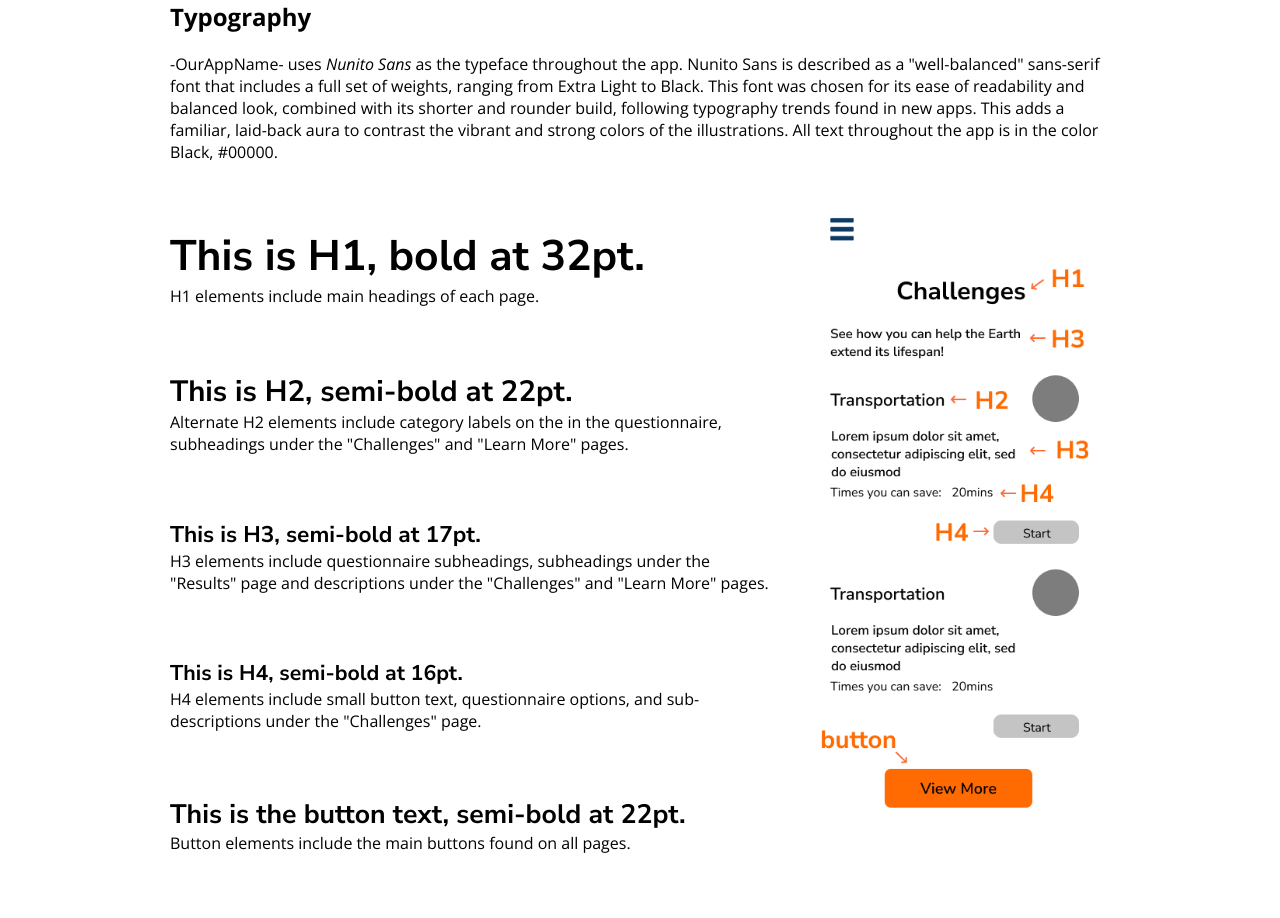
Repository: seohyun9672/Timearth-A6Styleguide
Page: page2.html
These files come from the project's save history. The page is drawn as it stood at one moment and after the next save; the edit follows.
The browser window is 1280 px wide. The pictures show the part of the page from y = 1338 to 2256 px (the page is 2256 px tall).
A picture or video elsewhere on the page could not be fetched, so the positions and the page height are approximate.

Above is the page before, as saved 2022-03-21 11:49:05.

### page2.html
<!DOCTYPE html>
<html lang="en">
  <head>
    <meta charset="UTF-8" />
    <meta http-equiv="X-UA-Compatible" content="IE=edge" />
    <meta name="viewport" content="width=device-width, initial-scale=1.0" />
    <title>Document</title>
    <link rel="stylesheet" href="stylesheet.css" />
  </head>

  <body>
    <ul class="navbar">
      <li><a href="/page1.html">App Name</a></li>
      <div class="navbar-active">
        <li><a href="/page1.html">Logo</a></li>
        <li><a href="/page2.html">Colour & Typography</a></li>
        <li><a href="/page3.html">Imagery & Graphics</a></li>
        <li><a href="/ref.html">Reference</a></li>
      </div>
    </ul>
    <section class="color-palette page2">
      <h1>Color Palette</h1>
      <img class="palette" src="/img/colourpalette/palette.png" />
      <div>
        <h2>Description of color palette</h2>
        <p>
          -OurAppName-'s color palette consists of muted tones of orange (#FF9042) and blue (#6B97ED), accompanied by white and black. The orange provides a sense of urgency and enthusiasm, and the blue provides a sense of stability and confidence. Overall, this color combination provides a reliable and attention-getting environment for the app.
        </p>
      </div>
      <div></div>
      <h2>Backgrounds and Other Colored Elements</h2>
      <div class="col-3 imgs">
        <div class="col">
          <img src="/img/colourpalette/background.png" />
        </div>
        <div class="col">
          <img src="/img/colourpalette/background2.png" />
        </div>
        <div class="col col-special">
          <p>
            This app maintains a minimal look with a white background and a generous amount of whitespace. Princeton Orange and Cornflower Blue are used as ornamental background elements, as shown on the left, or as button colors. <br> <br>
            Text throughout the app is in the color Black (#000000), and button text is White (#ffffff) for colored buttons.
          </p>
        </div>
      </div>
    </section>
    <section class="typo page2">
      <h1>Typography</h1>
      <p class="nunito-capt">
        -OurAppName- uses <em>Nunito Sans</em> as the typeface throughout the
        app. Nunito Sans is described as a "well-balanced" sans-serif font that
        includes a full set of weights, ranging from Extra Light to Black. This font was chosen for its ease of readability and balanced look, combined with its shorter and rounder build, following typography trends found in new apps. This adds a familiar, laid-back aura to contrast the vibrant and strong colors of the illustrations. All
        text throughout the app is in the color Black, #00000.
      </p>
      <div class="col-2-font">
        <div class="col nunito example">
          <div class="n nh1">This is H1, bold at 32pt.</div>
          <p class="desc">H1 elements include main headings of each page.</p>
          <div class="n nh2">This is H2, semi-bold at 22pt.</div>
          <p class="desc">
            Alternate H2 elements include category labels on the in the
            questionnaire, subheadings under the "Challenges" and "Learn More"
            pages.
          </p>
          <div class="n nh3">This is H3, semi-bold at 17pt.</div>
          <p class="desc">
            H3 elements include questionnaire subheadings, subheadings under the
            "Results" page and descriptions under the "Challenges" and "Learn
            More" pages.
          </p>
          <div class="n nh4">This is H4, semi-bold at 16pt.</div>
          <p class="desc">
            H4 elements include small button text, questionnaire options, and
            sub-descriptions under the "Challenges" page.
          </p>
          <div class="n nbtn">This is the button text, semi-bold at 22pt.</div>
          <p class="desc">
            Button elements include the main buttons found on all pages.
          </p>
        </div>
        <div class="col">
          <img
            class="challenges"
            src="/img/challenges.png"
            alt="challenges page"
          />
        </div>
      </div>
    </section>
  </body>
</html>

### stylesheet.css
/* import fonts */
@import url('https://fonts.googleapis.com/css2?family=Nunito+Sans:ital,wght@0,200;0,300;0,400;0,600;0,700;0,800;0,900;1,200;1,300;1,400;1,600;1,700;1,800;1,900&family=Open+Sans:ital,wght@0,300;0,400;0,500;0,600;0,700;0,800;1,300;1,400;1,500;1,600;1,700;1,800&display=swap');

body{
    margin: 0;
    font-family: 'open sans', san-serif;
  }

/* NAVBAR */

ul {
  list-style-type: none;
  margin: 0;
  padding: 0;
  overflow: hidden;
  background-color: #333;
}

li {
  float: left;
}

li a {
  display: block;
  color: white;
  text-align: center;
  padding: 14px 16px;
  text-decoration: none;
}

li a:hover {
  background-color: #111;
}

.navbar-active {
  float: right;
}

/* LOGO */
.section-logo {
  display: flex;
  flex-direction: column;
  justify-content: flex-start;
  align-items: center;
}
.section-cont {
  width: 940px;
}

.desc-cont {
  display: flex;
}

.logo-colour {
  display: flex;
  justify-content: space-evenly;
}

.logo-colourpalette {
  display: flex;
  width: 100%;
  justify-content: space-between;
}

.colour-cont {
  display: flex;
  flex-direction: column;
}
.colour-name {
  font-weight: bold;
}

.img-desc {
  display: flex;
}

.typography {
    width: 40%;

}

/* page 2 */

.page2 {
    margin:0 auto;
    max-width:940px;
}

.col-3 {
    display:grid;
    grid-template-columns: 1fr 1fr 1fr;
    grid-gap:2em;
}
.imgs {
  align-items: end;
}
.col-special {
  align-self: start;
}
.col-2 {
    display:grid;
    grid-template-columns: 1fr 2fr;
    grid-gap:2em;
}
.col-2-font {
    display:grid;
    grid-template-columns: 2fr 1fr;
    grid-gap:2em;
}
.nunito {
    font-family: 'nunito sans', Arial, Helvetica, sans-serif;
}
.nh1 {
    font-weight: bold;
    font-size:32pt;
}
.nh2 {
    font-size:22pt;
    font-weight:bolder;
}
.nh3 {
    font-size:17pt;
    font-weight:bolder;
}
.nh4 {
    font-size:16pt;
    font-weight:bolder;
}
.nbtn {
    font-size:20pt;
    font-weight:bolder;
}
.desc {
    margin-top:0;
    margin-bottom: 4em;
    font-family: 'open sans', sans-serif;
}
.challenges {
    width:100%;
}
.example {
    padding-top: 3em;
}
.palette {
    width:100%;
}
div img {
  width:100%;
}

After the next save:
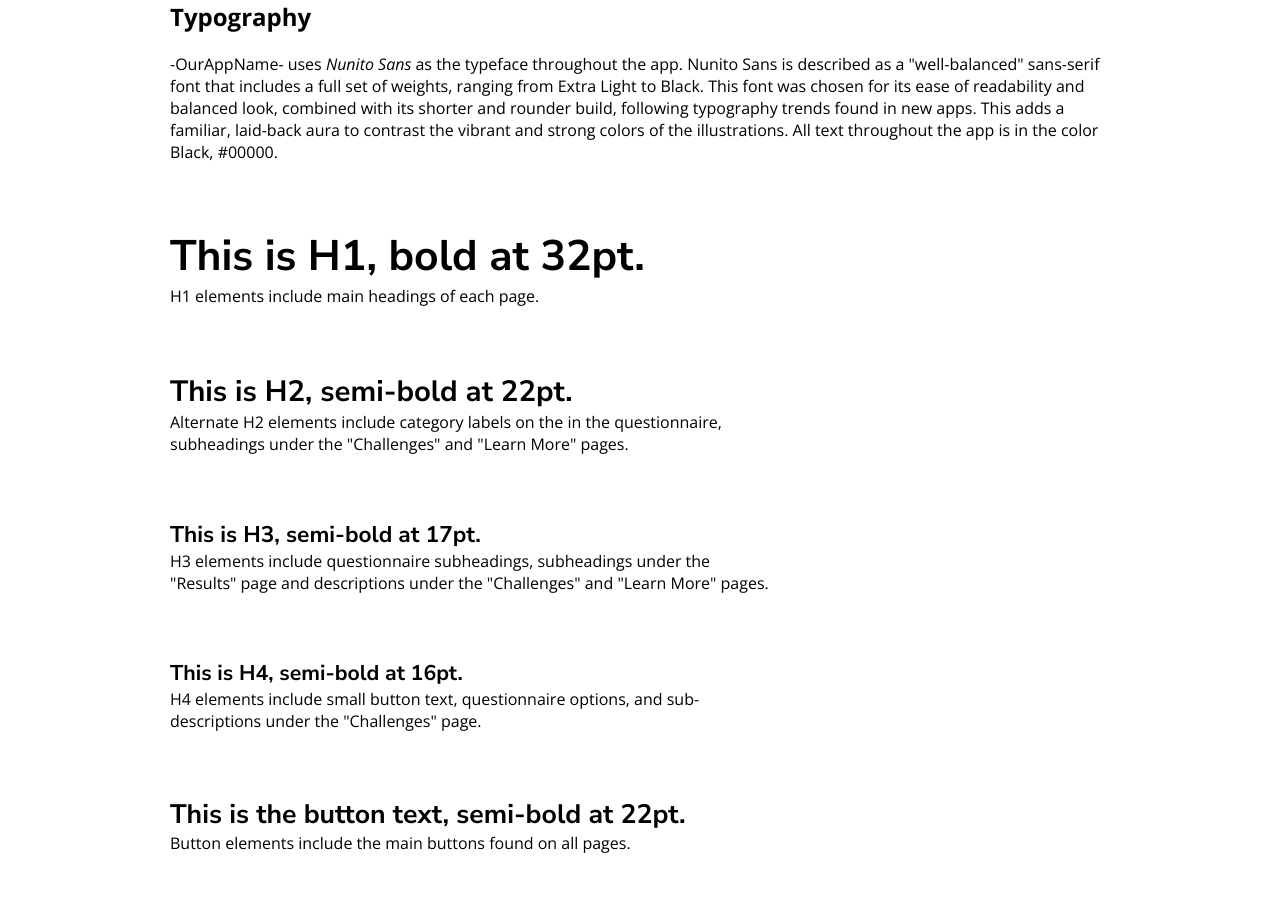
Saved 59 s later.
--- a/page2.html
+++ b/page2.html
@@ -79,11 +79,6 @@
           </p>
         </div>
         <div class="col">
-          <img
-            class="challenges"
-            src="/img/challenges.png"
-            alt="challenges page"
-          />
         </div>
       </div>
     </section>
